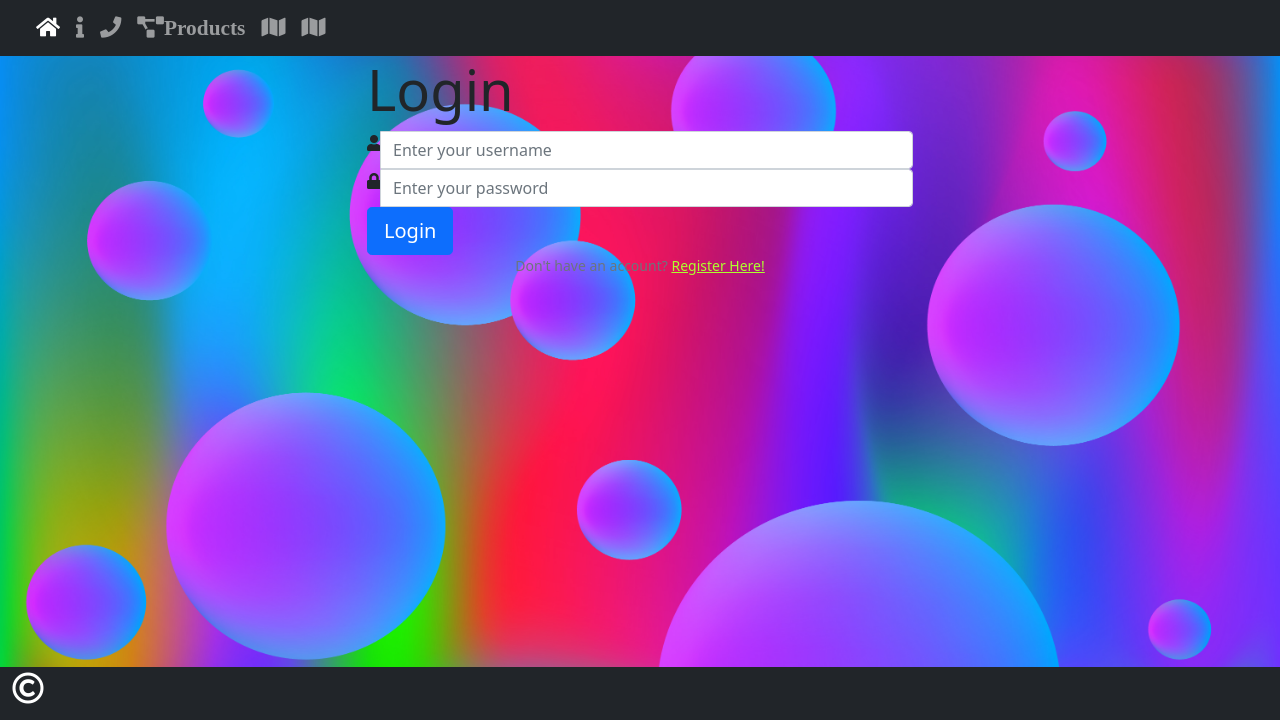
Repository: vans12345678/WEBD6201-W2021-Lab2
Page: login.html
The author's editor kept a copy of each file at every save. The page is drawn from the files as they stood at one save, then again after the next save.
The browser window is 1280 px wide. The pictures show the whole page.

Above is the page before, as saved 2021-02-24 17:01:16.
Console error: ReferenceError: displayLogin is not defined

After the next save:
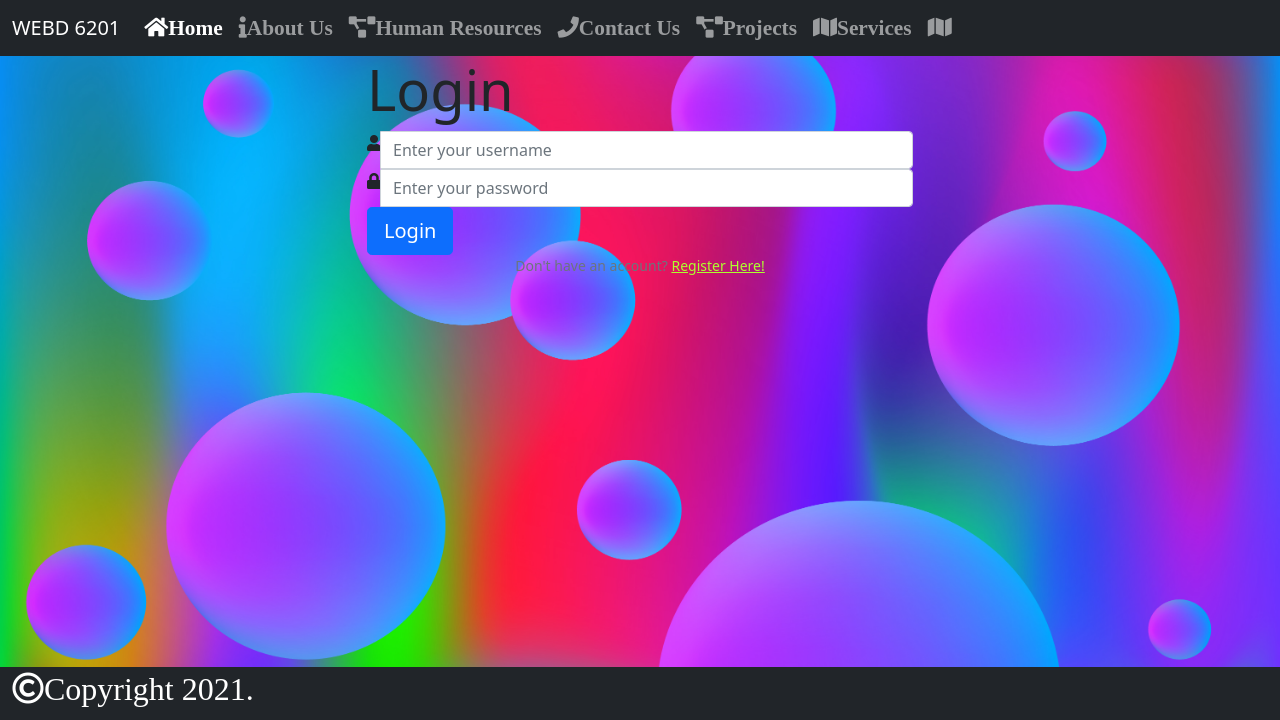
The error is gone.
Saved 12 s later.
--- a/Scripts/app.js
+++ b/Scripts/app.js
@@ -192,6 +192,10 @@
     {
         DisplayNav();
     }
+    function displayLogin()
+    {
+        DisplayNav();
+    }
 
     /**
      * Start function, depending on document title will load specific page
